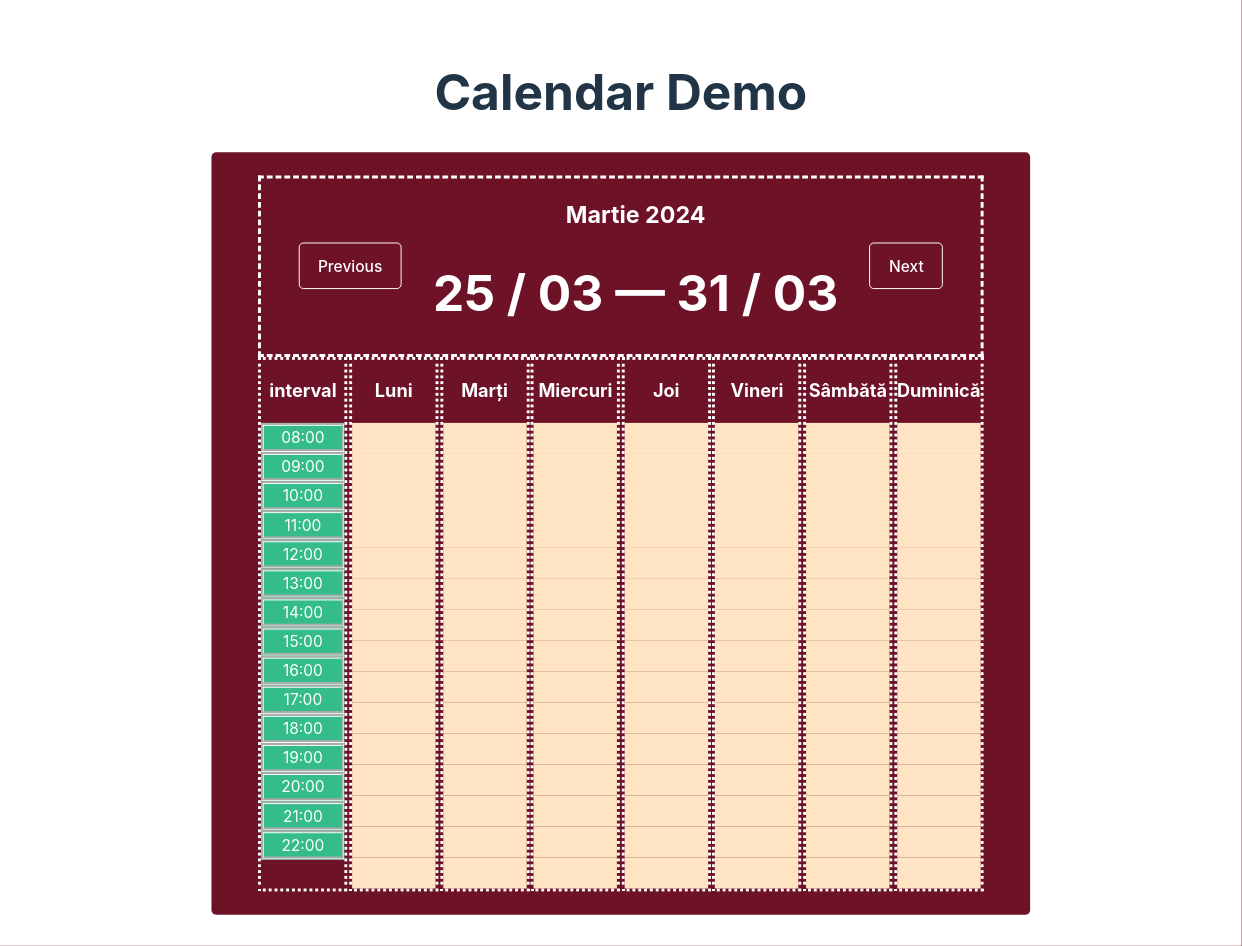
Repository: Maryie-B/weekly-calendar-scheduler
Page: /
These files come from the project's save history. The page is drawn as it stood at one moment and after the next save; the edit follows.
The browser window is 1280 px wide. The pictures show the whole page, at 97% of full size.
The project was rebuilt for these pictures with package versions that can differ from the ones it lists, and the page was loaded fresh each time. Also part of the build but not shown: vite.config.js.

Above is the page before, as saved 2024-03-26 16:05:43.

### src/App.jsx
import './App.css'
import CalendarHeader from './CalendarHeader'
import CalendarDays from './CalendarDays'

function App() {

  return (
    <>
      <h1>Calendar Demo</h1>
      <div className='calendar-wrapper'>

        <CalendarHeader />
        <CalendarDays />
      </div>
    </>
  )
}

export default App

### src/App.css
#root {
  max-width: 1280px;
  margin: 0 auto;
  padding: 2rem;
  text-align: center;
}

.calendar-wrapper {
  background-color: rgb(110, 18, 40);
  color: white;
  padding: 1.5rem 3rem;
  border-radius: 0.3rem;
}

.calendar-header {
  display: flex;
  flex-direction: row;
  border-color: white;
  border-style: dashed;
  align-items: center;
  justify-content: center;
}


.calendar-button {
  background-color: rgba(0, 0, 0, 0);
  height: 3rem;
  align-items: center;
  justify-content: center;
  border-color: white;
  border-radius: 0.3rem;
  color: white;
  font-size: 1rem;
  margin: 1rem;
}

.calendar-text {
  padding: 0rem 1rem;
}

.calendar-days-wrapper {
  display: grid;
  gap: 0.1rem;
  text-align: center;
  grid-template-columns: repeat(8, 1fr);
}

.days-header {
  border-color: white;
  border-style: dotted;
  min-height: 2rem;
}

.hour-intervals {
  background-color: rgb(52, 188, 138);
  border-color: white;
  border-style: groove;
}

.hour-intervals-empty {
  min-height: 2rem;
  background-color: bisque;
}

### src/CalendarHeader.jsx
import { useState, useEffect } from "react";

const CalendarHeader = () => {
  const [currentWeekStart, setCurrentWeekStart] = useState(() => {
      const now = new Date();
      const currentDay = now.getDay();
      const untilMonday = currentDay === 0 ? 6 : currentDay - 1;
      now.setDate(now.getDate() - untilMonday);
      return now;
  });

  const [currentWeekEnd, setCurrentWeekEnd] = useState(() => {
    const end = new Date(currentWeekStart);
    end.setDate(currentWeekStart.getDate() + 6);
    return end;
  });

  useEffect(() => {
    const end = new Date(currentWeekStart);
    end.setDate(currentWeekStart.getDate() + 6);
    console.log(end, '- from useEffect');
    setCurrentWeekEnd(end);
  }, [currentWeekStart]);

  const handleGoToPreviousWeek = () => {
    setCurrentWeekStart((prevDate) => {
        const newDate = new Date(prevDate);
        newDate.setDate(newDate.getDate() - 7);
        console.log(newDate, '-- from handleGoToPrevWeek');
        return newDate;
    });
  };

  const handleGoToNextWeek = () => {
    setCurrentWeekStart((prevDate) => {
        const newDate = new Date(prevDate);
        newDate.setDate(newDate.getDate() + 7);
        console.log(newDate, '-from handle NEXTdate');
        return newDate;
    });
  };

  const startMonth = currentWeekStart.getMonth();
  const endMonth = currentWeekEnd.getMonth();
  const startYear = currentWeekStart.getFullYear();
  const endYear = currentWeekEnd.getFullYear();

  const monthsNames = ['Ianuarie', 'Februarie', 'Martie', 'Aprilie',
                        'Mai', 'Iunie', 'Iulie', 'August', 'Septembrie', 'Octombrie', 'Noiembrie', 'Decembrie'];

  let calendarHeader = `${monthsNames[startMonth]} ${startYear}`;
  if (startMonth !== endMonth || startYear !== endYear) {
    calendarHeader += ` — ${monthsNames[endMonth]} ${endYear} `
  }

  let weekStartMonthNumber = currentWeekStart.getMonth() + 1;
  let weekEndMonthNumber = currentWeekEnd.getMonth() + 1;

  weekStartMonthNumber = weekStartMonthNumber < 10 ? `0${weekStartMonthNumber}` : weekStartMonthNumber;
  weekEndMonthNumber = weekEndMonthNumber < 10 ? `0${weekEndMonthNumber}` : weekEndMonthNumber;

  const datesRange = `${currentWeekStart.getDate()} / ${weekStartMonthNumber} — ${currentWeekEnd.getDate()} / ${weekEndMonthNumber}`;

  return (
    <div className="calendar-header">
        <button className='calendar-button' onClick={handleGoToPreviousWeek}>Previous</button>
        <div className="calendar-text">
        <h2>{calendarHeader}</h2>
        <h1>{datesRange}</h1>
        </div>
        <button className='calendar-button' onClick={handleGoToNextWeek}>Next</button>
    </div>
  )
}

export default CalendarHeader;

### src/CalendarDays.jsx
import { useState } from "react"

const CalendarDays = () => {
  const weekDays = ['interval ', 'Luni', 'Marți', 'Miercuri', 'Joi', 'Vineri', 'Sâmbătă', 'Duminică']

  const hours = [];
  for (let i = 8; i <= 22; i++) {
    hours.push(i);
  }

  const handleIntervalClick = (e) => {
    console.log(e.target, 'This interval has been clicked!');
  };

  return (
    <div className="calendar-days-wrapper">
      {weekDays.map((day, index) => {
        return (

        index === 0 ?
        <div className="days-header" key={index}>
           <h3>{day}</h3>
           {hours.map((hour, index) => {
               return (
                   <div className="hour-intervals" key={hour}>{hour < 10 ? `0${hour}:00` : `${hour}:00`}</div>
               )
           })}
        </div>
        :
        <div className="days-header" key={index}>
        <h3>{day}</h3>
        {hours.map((hour, index) => {
            return (
                <div className="hour-intervals-empty" key={hour} onClick={handleIntervalClick}> </div>
            )
        })}
        </div>
        )
      })}
    </div>
  )
}

export default CalendarDays

Loaded but not shown: index.html (common file); src/main.jsx (common file); src/index.css (common file)

After the next save:
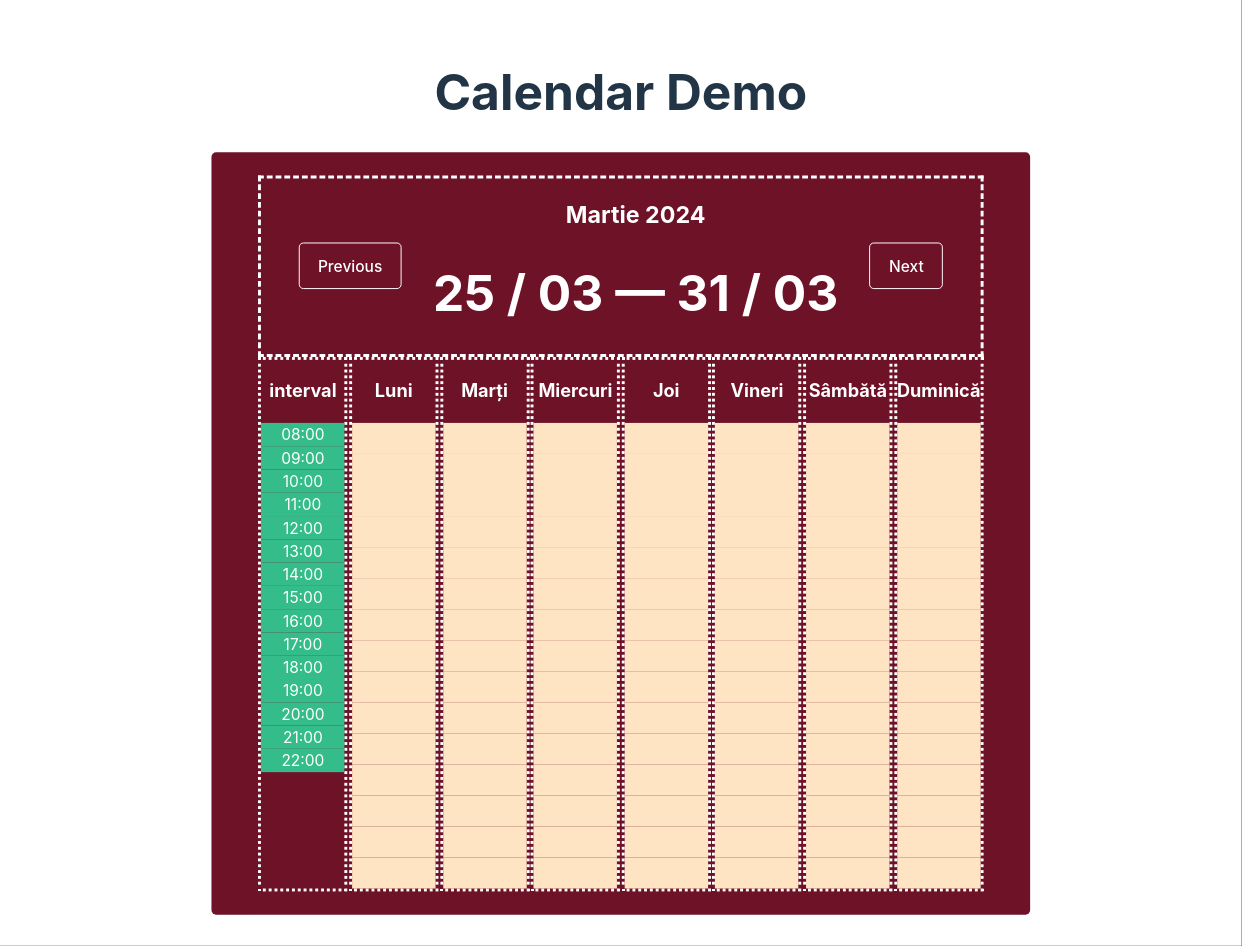
Saved 62 s later.
--- a/src/App.css
+++ b/src/App.css
@@ -53,8 +53,7 @@
 
 .hour-intervals {
   background-color: rgb(52, 188, 138);
-  border-color: white;
-  border-style: groove;
+
 }
 
 .hour-intervals-empty {

After the save that followed:
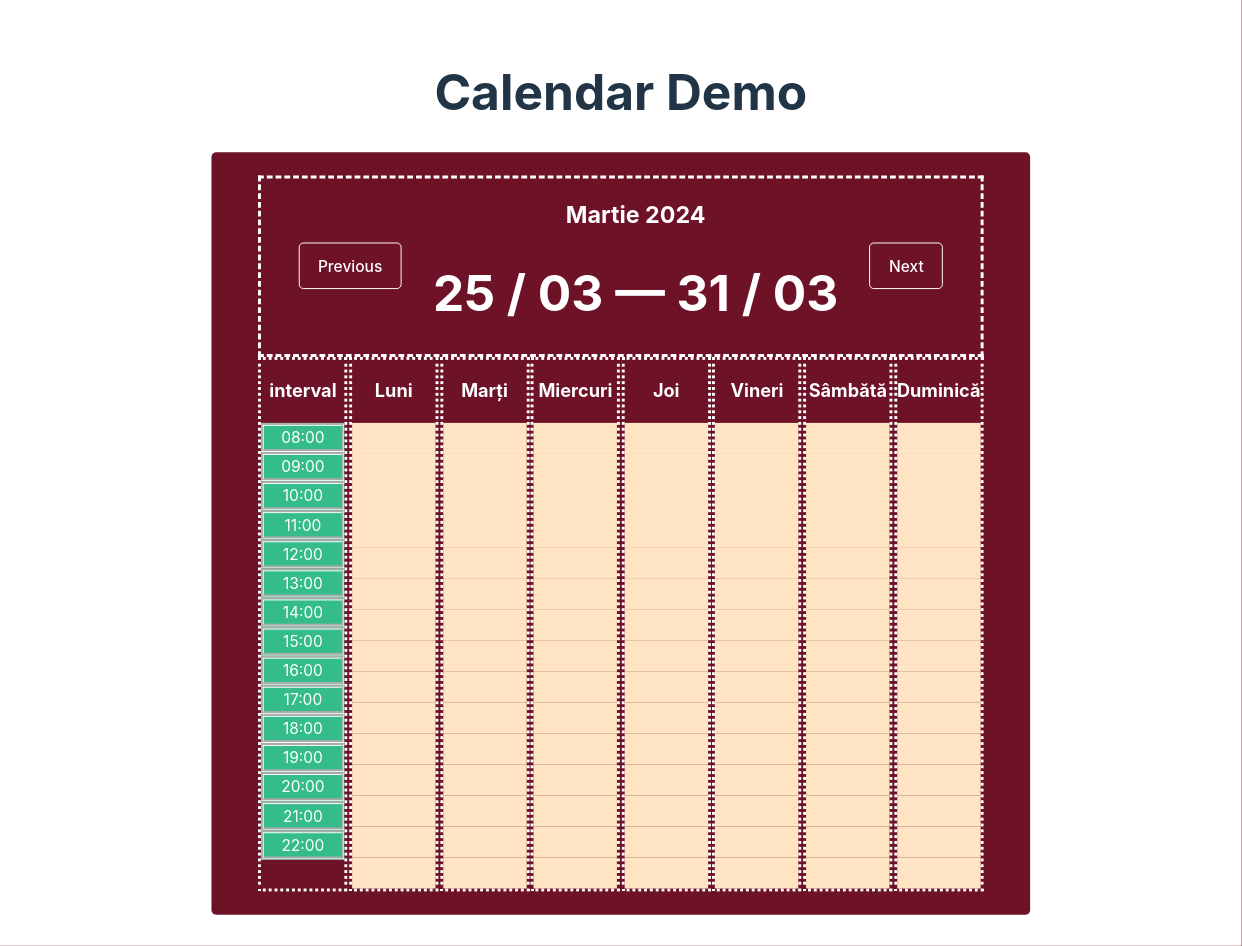
Saved 6 s later.
--- a/src/App.css
+++ b/src/App.css
@@ -53,7 +53,8 @@
 
 .hour-intervals {
   background-color: rgb(52, 188, 138);
-
+  border-color: white;
+  border-style: groove;
 }
 
 .hour-intervals-empty {
